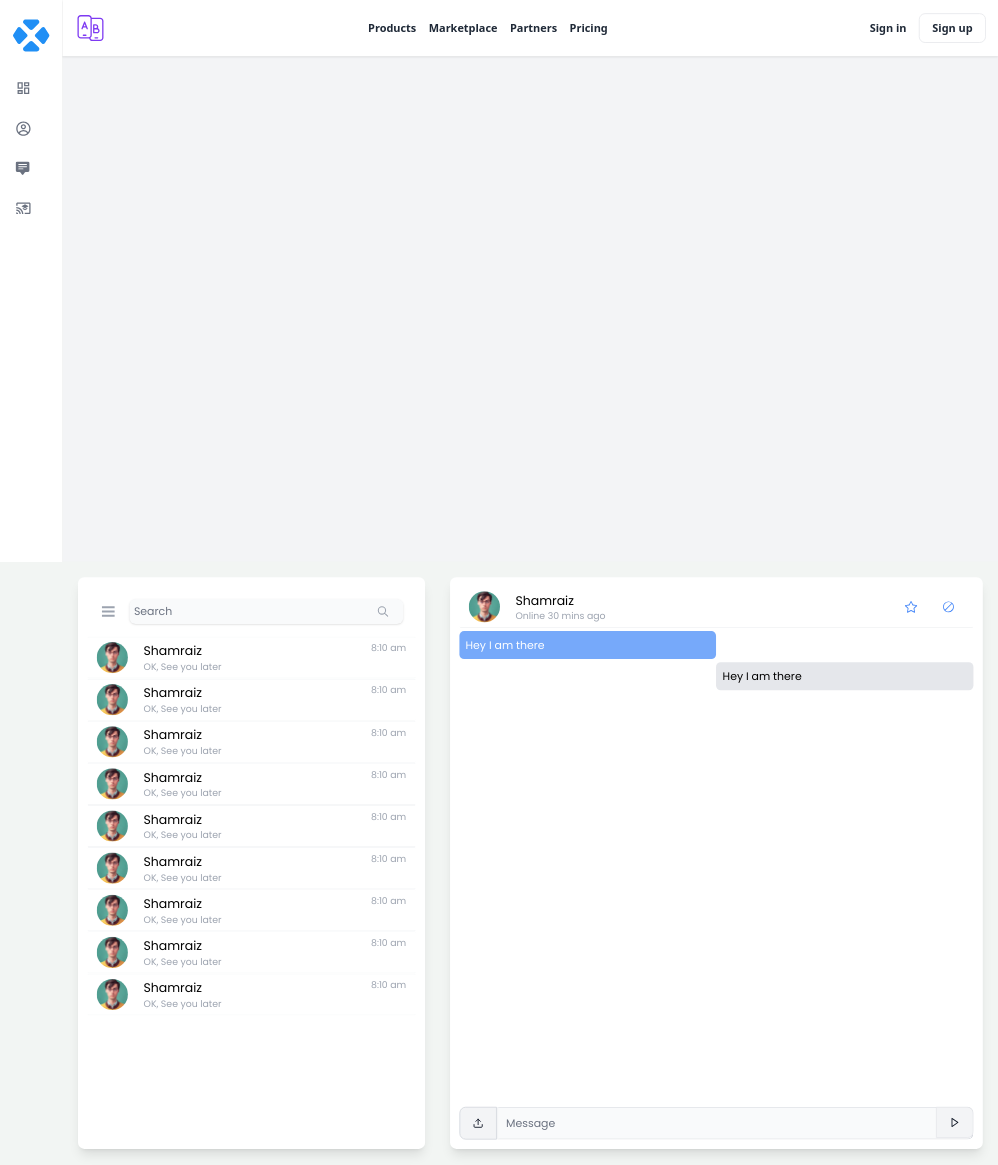
Repository: Shamraiz761/Frontend-Assessment
Page: /chat
These files come from the project's save history. The page is drawn as it stood at one moment and after the next save; the edit follows.
The browser window is 1280 px wide. The pictures show the whole page, at 78% of full size.
The project was rebuilt for these pictures with package versions that can differ from the ones it lists, and the page was loaded fresh each time. Also part of the build but not shown: vite.config.js, src/routes/root.jsx, src/pages/orders/index.jsx, src/pages/submission/index.jsx, src/pages/admin/index.css, src/components/admin/card.jsx, src/components/admin/addCard.jsx, src/pages/admin/index.jsx and 3 more. Imported but missing from the stored project, and not drawn on this page: src/pages/auth/login, src/pages/tasks, src/routes/profileLayout.

Above is the page before, as saved 2023-07-06 13:45:11.

After the next save:
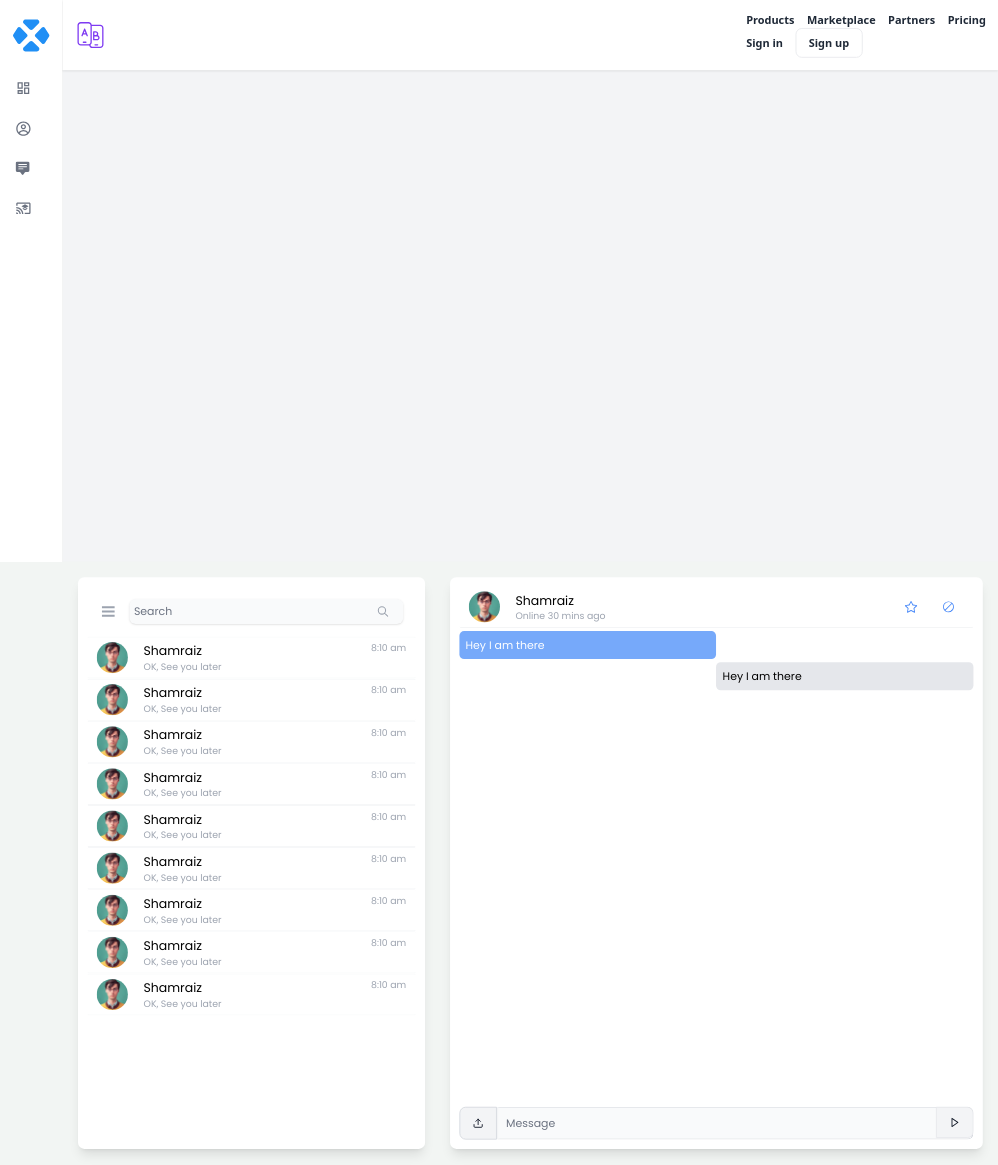
Saved 45 s later.
--- a/src/components/header/index.jsx
+++ b/src/components/header/index.jsx
@@ -30,48 +30,49 @@ function Header() {
                 </svg>
               </div>
 
-              <div class="hidden sm:flex sm:items-center">
-                <a
-                  href="#"
-                  class="text-gray-800 text-sm font-semibold hover:text-purple-600 mr-4"
-                >
-                  Products
-                </a>
-                <a
-                  href="#"
-                  class="text-gray-800 text-sm font-semibold hover:text-purple-600 mr-4"
-                >
-                  Marketplace
-                </a>
-                <a
-                  href="#"
-                  class="text-gray-800 text-sm font-semibold hover:text-purple-600 mr-4"
-                >
-                  Partners
-                </a>
-                <a
-                  href="#"
-                  class="text-gray-800 text-sm font-semibold hover:text-purple-600"
-                >
-                  Pricing
-                </a>
+              <div>
+                <div class="hidden sm:flex sm:items-center">
+                  <a
+                    href="#"
+                    class="text-gray-800 text-sm font-semibold hover:text-purple-600 mr-4"
+                  >
+                    Products
+                  </a>
+                  <a
+                    href="#"
+                    class="text-gray-800 text-sm font-semibold hover:text-purple-600 mr-4"
+                  >
+                    Marketplace
+                  </a>
+                  <a
+                    href="#"
+                    class="text-gray-800 text-sm font-semibold hover:text-purple-600 mr-4"
+                  >
+                    Partners
+                  </a>
+                  <a
+                    href="#"
+                    class="text-gray-800 text-sm font-semibold hover:text-purple-600"
+                  >
+                    Pricing
+                  </a>
+                </div>
+
+                <div class="hidden sm:flex sm:items-center">
+                  <a
+                    href="#"
+                    class="text-gray-800 text-sm font-semibold hover:text-purple-600 mr-4"
+                  >
+                    Sign in
+                  </a>
+                  <a
+                    href="#"
+                    class="text-gray-800 text-sm font-semibold border px-4 py-2 rounded-lg hover:text-purple-600 hover:border-purple-600"
+                  >
+                    Sign up
+                  </a>
+                </div>
               </div>
-
-              <div class="hidden sm:flex sm:items-center">
-                <a
-                  href="#"
-                  class="text-gray-800 text-sm font-semibold hover:text-purple-600 mr-4"
-                >
-                  Sign in
-                </a>
-                <a
-                  href="#"
-                  class="text-gray-800 text-sm font-semibold border px-4 py-2 rounded-lg hover:text-purple-600 hover:border-purple-600"
-                >
-                  Sign up
-                </a>
-              </div>
-
               <div class="sm:hidden cursor-pointer">
                 <svg
                   xmlns="http://www.w3.org/2000/svg"
